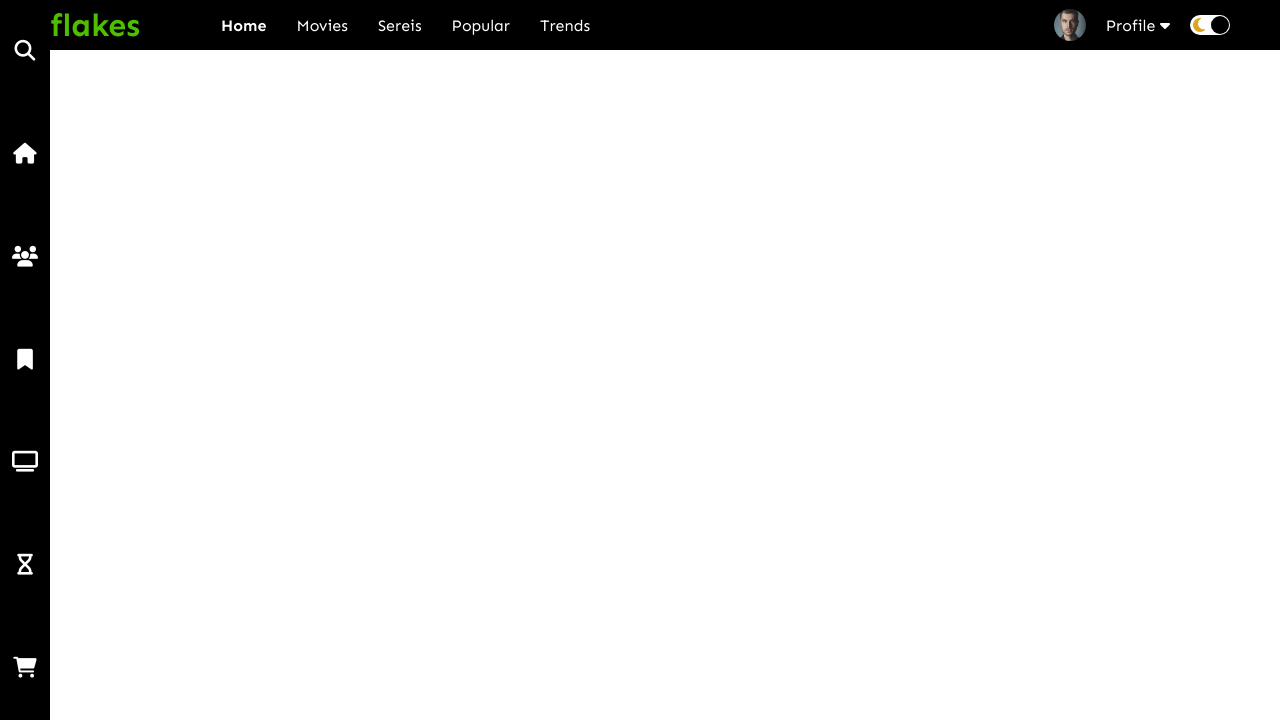
Repository: JulyK9/Movie-Website
Page: index.html
These files come from the project's save history. The page is drawn as it stood at one moment and after the next save; the edit follows.
The browser window is 1280 px wide. The pictures show the whole page.
Some web libraries are served in a nearby version.

Above is the page before, as saved 2022-07-03 22:20:17.

After the next save:
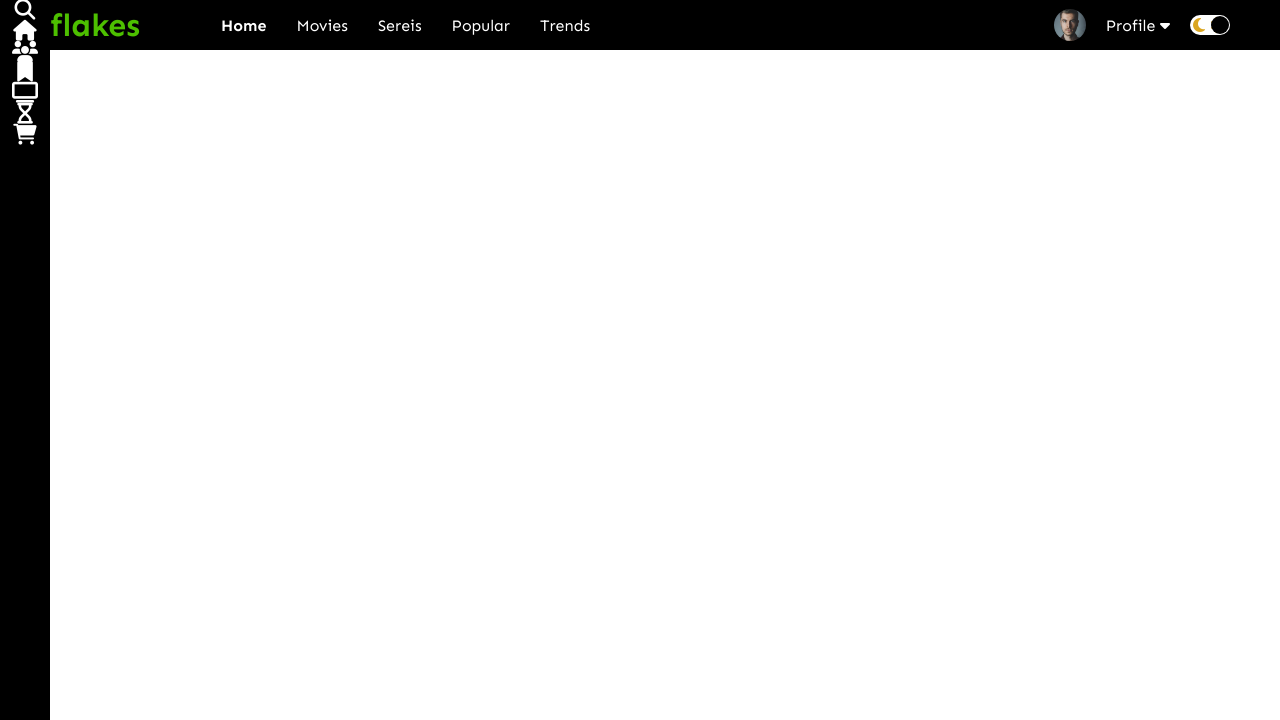
Saved 35 s later.
--- a/style.css
+++ b/style.css
@@ -102,7 +102,7 @@ body {
     top: 0;     /* 사이드바 상단 고정 */
     display: flex;
     flex-direction: column;
-    justify-content: space-around;
+    /* justify-content: space-around; */
     align-items: center;
 }
 
